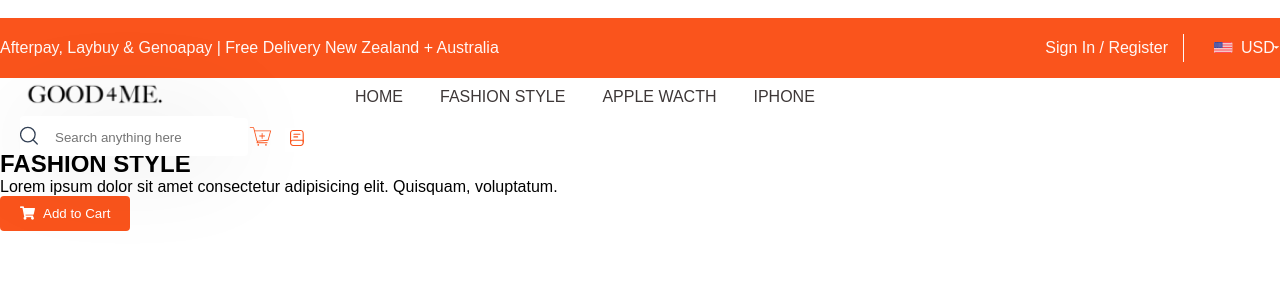
Repository: ThuatDev/shoppe_ale
Page: index.html
The author's editor kept a copy of each file at every save. The page is drawn from the files as they stood at one save, then again after the next save.
The browser window is 1280 px wide. The pictures show the whole page.
Some web fonts or font styles are not loaded; a fallback is used.

Above is the page before, as saved 2023-08-07 17:57:37.

After the next save:
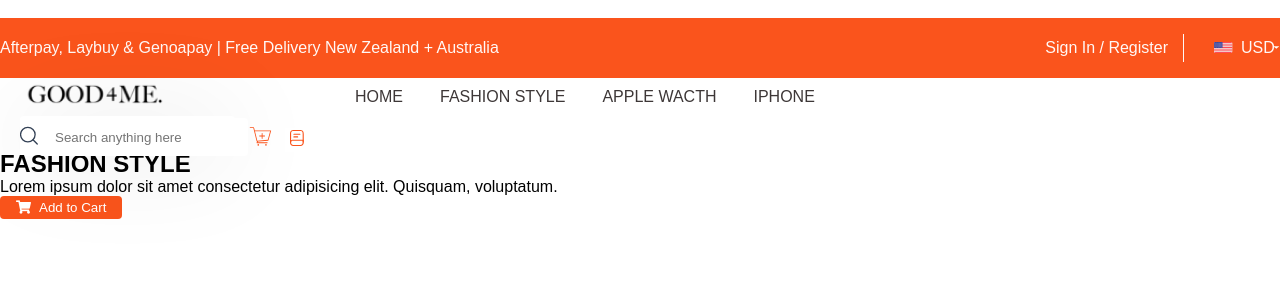
Saved 29 s later.
--- a/asset/css/style.css
+++ b/asset/css/style.css
@@ -191,7 +191,7 @@
   display: flex;
   align-items: center;
   justify-content: center;
-  padding: 10px 20px;
+  padding: 4px 16px;
   background-color: var(--main-color);
   color: white;
   border: none;
